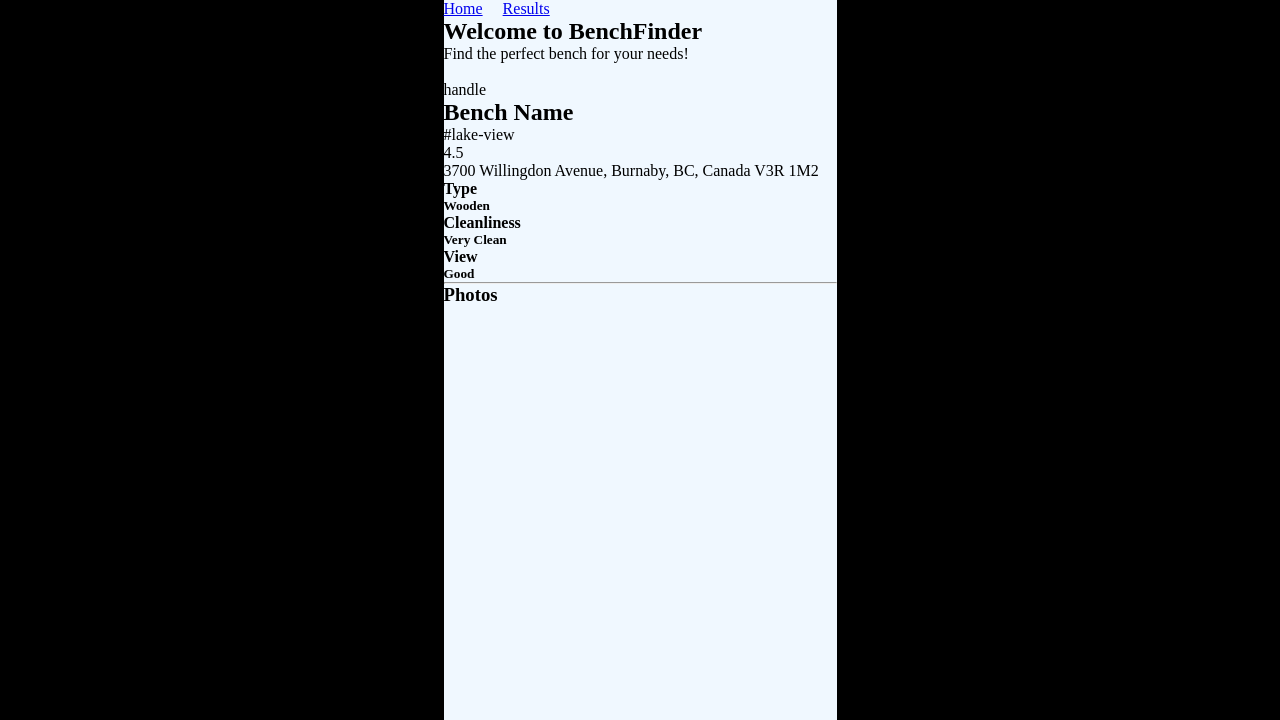
Repository: HidayatPatil/BenchFinder
Page: /
The author's editor kept a copy of each file at every save. The page is drawn from the files as they stood at one save, then again after the next save.
The browser window is 1280 px wide. The pictures show the whole page.
The project was rebuilt for these pictures with package versions that can differ from the ones it lists, and the page was loaded fresh each time. Also part of the build but not shown: vite.config.js, src/Results.jsx.

Above is the page before, as saved 2025-10-09 18:46:42.

After the next save:
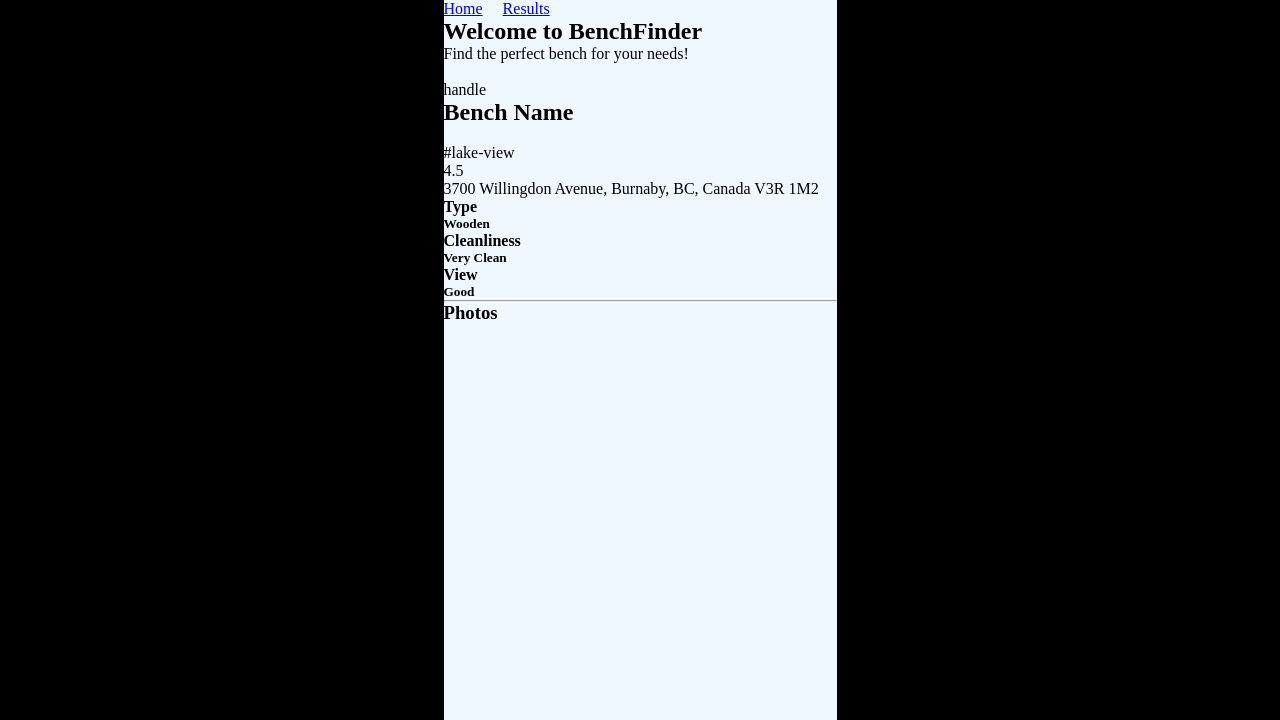
Saved 20 s later.
--- a/src/components/contentDrawer.jsx
+++ b/src/components/contentDrawer.jsx
@@ -6,7 +6,11 @@
         <div className="data_metadata">
           <div className="metadata_name_options">
             <h2>Bench Name</h2>
-            <div className="bench_metadata_options"></div>
+            <div className="bench_metadata_options">
+                <img />
+                <img />
+                <img />
+            </div>
           </div>
           <div className="metadata_tags_rating">
             <div className="bench_tags">#lake-view</div>

After the save that followed:
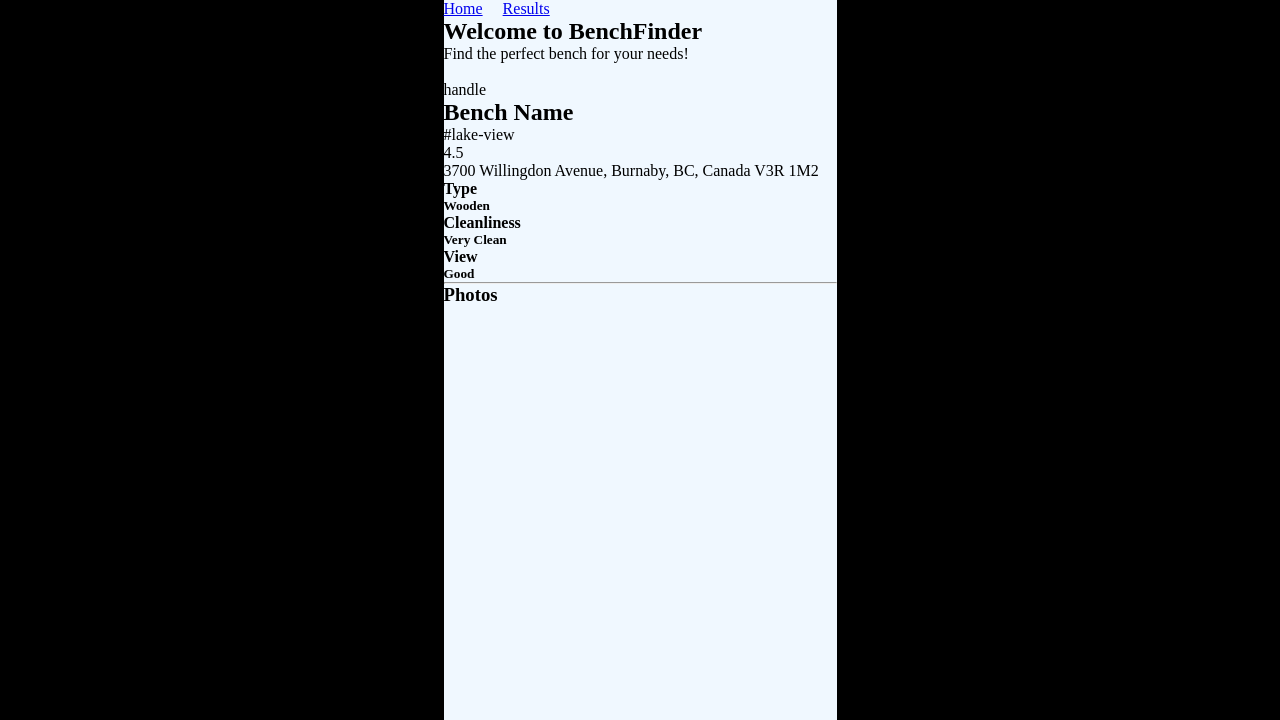
Saved 19 s later.
--- a/src/components/contentDrawer.jsx
+++ b/src/components/contentDrawer.jsx
@@ -7,9 +7,9 @@
           <div className="metadata_name_options">
             <h2>Bench Name</h2>
             <div className="bench_metadata_options">
+                {/* <img />  add icons here
                 <img />
-                <img />
-                <img />
+                <img /> */}
             </div>
           </div>
           <div className="metadata_tags_rating">
